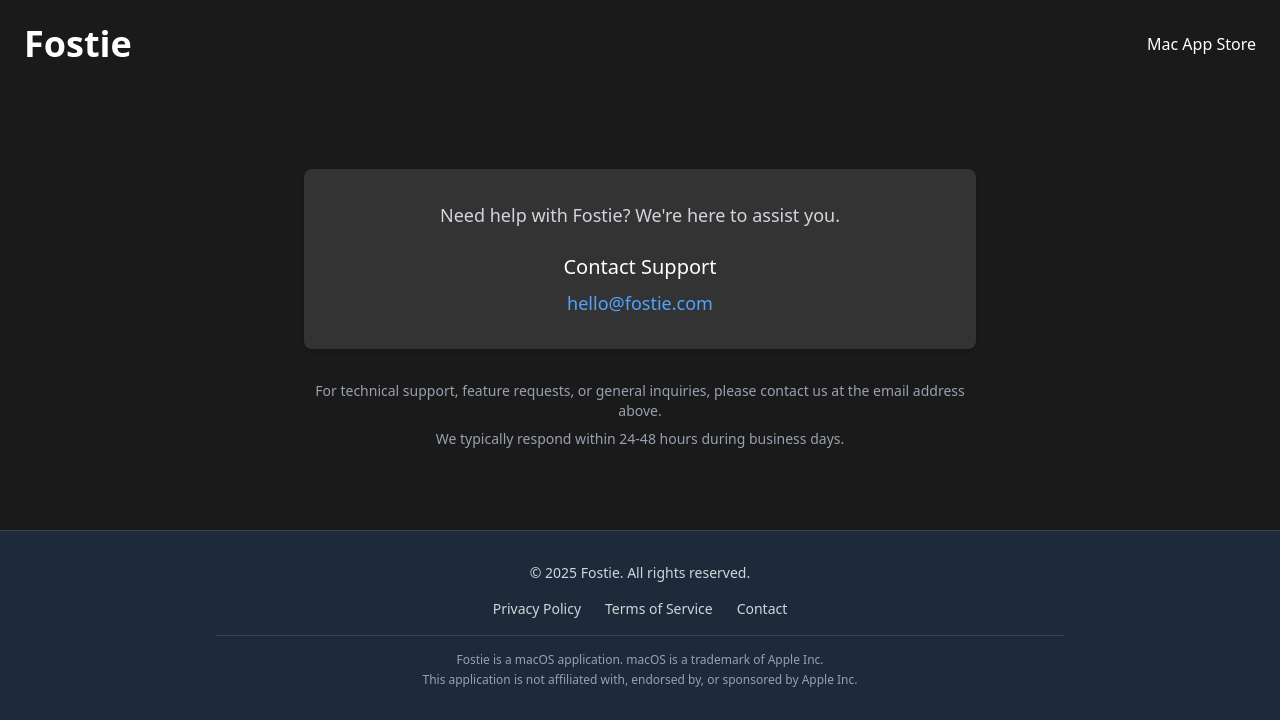
Repository: atimael/fostie-web
Page: /
The author's editor kept a copy of each file at every save. The page is drawn from the files as they stood at one save, then again after the next save.
The browser window is 1280 px wide. The pictures show the whole page.
The project was rebuilt for these pictures with package versions that can differ from the ones it lists, and the page was loaded fresh each time. The framework's server and built-in components were replaced by stand-ins that run in the browser. Also part of the build but not shown: next.config.js.

Above is the page before, as saved 2025-05-26 21:56:08.

After the next save:
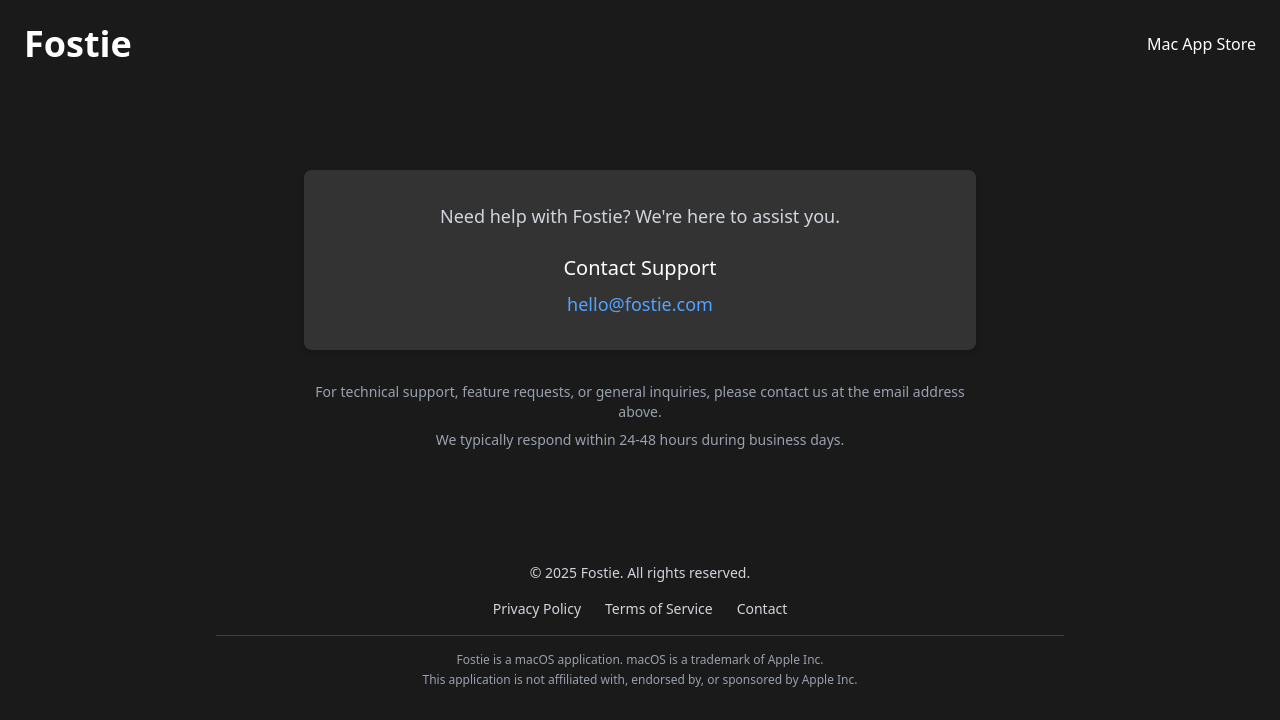
Saved 103 s later.
--- a/components/footer.tsx
+++ b/components/footer.tsx
@@ -2,7 +2,7 @@
   const currentYear = new Date().getFullYear();
 
   return (
-    <footer className="bg-white dark:bg-gray-800 border-t border-gray-200 dark:border-gray-700">
+    <footer className=" dark:bg-custom-darkborder-t border-gray-200 dark:border-gray-700">
       <div className="max-w-4xl mx-auto px-6 py-8">
         <div className="text-center space-y-4">
           <div className="text-sm text-gray-600 dark:text-gray-300">
